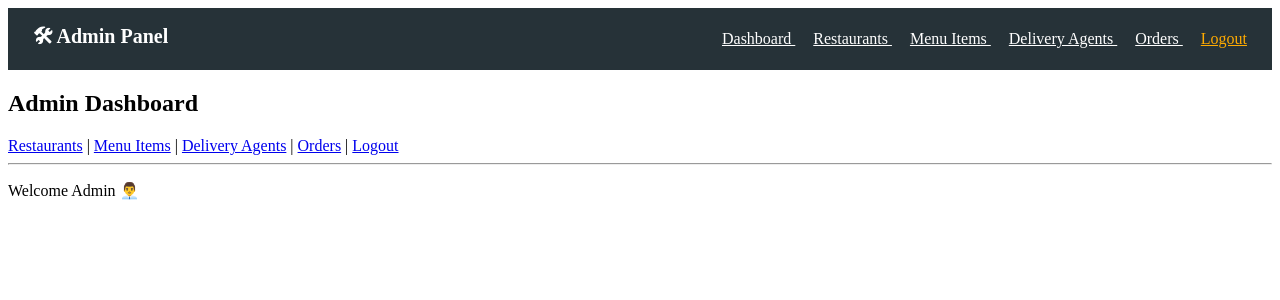
Repository: Yadavilli-KeerthiSri/practice-Sprint-project
Page: http://localhost/admin/admin-dashboard
An editor plug-in stored every save of this project. The page is shown before and after the next save, followed by the edit.
The browser window is 1280 px wide. The pictures show the whole page.
The page is this project's Thymeleaf template; nobody is signed in. The template is opened directly, without the code that normally fills it, so the values that code supplies are empty.

Above is the page before, as saved 2026-02-03 07:56:14.

After the next save:
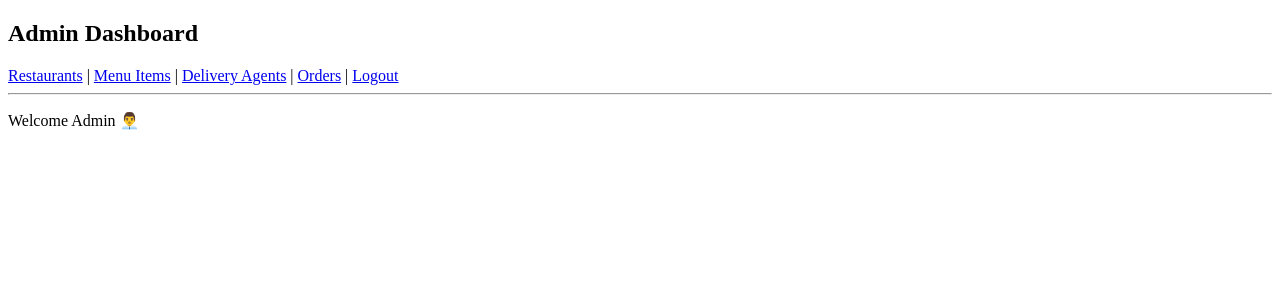
Saved 46 min 45 s later.
--- a/SprintProject/10-Food-Delivery-System-Project/src/main/resources/templates/admin/admin-dashboard.html
+++ b/SprintProject/10-Food-Delivery-System-Project/src/main/resources/templates/admin/admin-dashboard.html
@@ -4,8 +4,6 @@
     <title>Admin Dashboard</title>
 </head>
 <body>
-<!-- ADMIN NAVBAR -->
-<div th:replace="admin/fragments/admin-navbar :: adminNavbar"></div>
 
 <h2>Admin Dashboard</h2>
 
